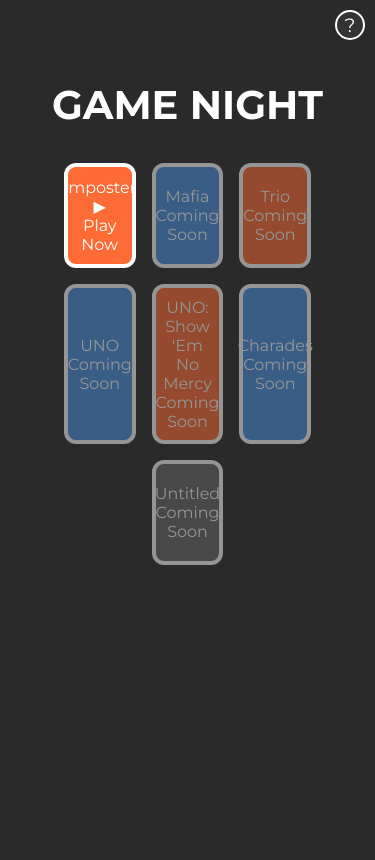
Repository: nfemmanuel/game-night-app
Page: /
These files come from the project's save history. The page is drawn as it stood at one moment and after the next save; the edit follows.
The browser window is 375 px wide. The pictures show the whole page.
The project was rebuilt for these pictures with package versions that can differ from the ones it lists, and the page was loaded fresh each time. Also part of the build but not shown: src/components/BackButton.jsx, src/pages/ImposterSetup.jsx, src/data/wordList.js, src/pages/ImposterReveal.jsx, src/pages/ImposterVoting.jsx.

Above is the page before, as saved 2026-01-03 11:06:22.

### public/index.html
<!DOCTYPE html>
<html lang="en">

<head>
  <meta charset="utf-8" />
  <link rel="icon" href="%PUBLIC_URL%/favicon.ico" />
  <link rel="preconnect" href="https://fonts.googleapis.com">
  <link rel="preconnect" href="https://fonts.gstatic.com" crossorigin>
  <link href="https://fonts.googleapis.com/css2?family=Montserrat:wght@400;600;700&display=swap" rel="stylesheet">
  <meta name="viewport" content="width=device-width, initial-scale=1, maximum-scale=1, user-scalable=no" />
  <meta name="theme-color" content="#000000" />
  <meta name="description" content="Web site created using create-react-app" />
  <link rel="apple-touch-icon" href="%PUBLIC_URL%/logo192.png" />
  <!--
      manifest.json provides metadata used when your web app is installed on a
      user's mobile device or desktop. See https://developers.google.com/web/fundamentals/web-app-manifest/
    -->
  <link rel="manifest" href="%PUBLIC_URL%/manifest.json" />
  <!--
      Notice the use of %PUBLIC_URL% in the tags above.
      It will be replaced with the URL of the `public` folder during the build.
      Only files inside the `public` folder can be referenced from the HTML.

      Unlike "/favicon.ico" or "favicon.ico", "%PUBLIC_URL%/favicon.ico" will
      work correctly both with client-side routing and a non-root public URL.
      Learn how to configure a non-root public URL by running `npm run build`.
    -->
  <title>NF's Game Night</title>
</head>

<body>
  <noscript>You need to enable JavaScript to run this app.</noscript>
  <div id="root"></div>
  <!--
      This HTML file is a template.
      If you open it directly in the browser, you will see an empty page.

      You can add webfonts, meta tags, or analytics to this file.
      The build step will place the bundled scripts into the <body> tag.

      To begin the development, run `npm start` or `yarn start`.
      To create a production bundle, use `npm run build` or `yarn build`.
    -->
</body>

</html>

### src/index.js
import React from 'react';
import ReactDOM from 'react-dom/client';
import './index.css';
import App from './App';
import reportWebVitals from './reportWebVitals';
import * as serviceWorkerRegistration from './serviceWorkerRegistration';

const root = ReactDOM.createRoot(document.getElementById('root'));
root.render(
  <React.StrictMode>
    <App />
  </React.StrictMode>
);

// If you want to start measuring performance in your app, pass a function
// to log results (for example: reportWebVitals(console.log))
// or send to an analytics endpoint. Learn more: https://bit.ly/CRA-vitals
reportWebVitals();

serviceWorkerRegistration.register();

### src/App.js
import { BrowserRouter, Routes, Route } from 'react-router-dom';
import './styles/global.css';
import LandingPage from './pages/LandingPage';
import ImposterSetup from './pages/ImposterSetup';
import ImposterReveal from './pages/ImposterReveal';
import ImposterVoting from './pages/ImposterVoting';

function App() {
  return (
    <BrowserRouter>
      <Routes>
        <Route path="/" element={<LandingPage />} />
        <Route path="/imposter-setup" element={<ImposterSetup />} />
        <Route path="/imposter-reveal" element={<ImposterReveal />} />
        <Route path="/imposter-voting" element={<ImposterVoting />} />
      </Routes>
    </BrowserRouter>
  );
}

export default App;

### src/serviceWorkerRegistration.js
export function register() {
    if ('serviceWorker' in navigator) {
        window.addEventListener('load', () => {
            navigator.serviceWorker.register('/service-worker.js').then(
                (registration) => {
                    console.log('SW registered: ', registration);
                },
                (error) => {
                    console.log('SW registration failed: ', error);
                }
            );
        });
    }
}

### src/styles/global.css
* {
    margin: 0;
    padding: 0;
    box-sizing: border-box;
}

body {
    font-family: 'Montserrat', 'Helvetica Neue', 'Arial', sans-serif;
    background-color: rgb(42, 42, 42);
    color: white;
    overflow: hidden;
}

button {
    cursor: pointer;
    border: none;
    border-radius: 5px;
    font-family: inherit;
    font-size: 1rem;
    padding: 10px 20px;
}

/* Prevent scrolling under fixed buttons */
body {
    padding-top: 70px;
}

/* Page title positioning */
.page-title {
    margin-top: 0;
    margin-bottom: 30px;
}

/* Mobile adjustments */
@media (max-width: 768px) {

    /* Page titles */
    .page-title {
        font-size: 2rem !important;
        margin-bottom: 20px;
    }

    /* General headings */
    h1 {
        font-size: 3rem !important;
    }

    h2 {
        font-size: 1.5rem !important;
    }

    h3 {
        font-size: 1.2rem !important;
    }

    p {
        font-size: 1rem !important;
    }

    /* Input fields */
    input[type="text"] {
        width: 100% !important;
        max-width: 300px !important;
        font-size: 1rem !important;
        padding: 12px !important;
        margin-right: 0 !important;
        margin-bottom: 10px !important;
    }

    /* Buttons */
    button {
        font-size: 1rem !important;
        padding: 12px 24px !important;
    }

    /* Smaller back/help buttons */
    .back-button {
        padding: 8px 12px !important;
        font-size: 1rem !important;
        top: 10px !important;
        left: 10px !important;
    }

    .help-button-container {
        top: 10px !important;
        right: 10px !important;
    }

    .help-button {
        width: 30px !important;
        height: 30px !important;
        font-size: 1.2rem !important;
    }

    /* Reveal card */
    .reveal-card {
        width: 280px !important;
        height: 400px !important;
    }

    .reveal-card h2 {
        font-size: 2rem !important;
    }

    /* Reduce padding on mobile */
    body {
        padding-top: 60px;
    }
}

@media (max-width: 480px) {
    .page-title {
        font-size: 1.5rem !important;
    }

    h1 {
        font-size: 2.5rem !important;
    }

    input[type="text"] {
        font-size: 0.9rem !important;
        padding: 10px !important;
    }

    button {
        font-size: 0.9rem !important;
        padding: 10px 20px !important;
    }

    .reveal-card {
        width: 240px !important;
        height: 340px !important;
    }

    .reveal-card h2 {
        font-size: 1.8rem !important;
    }
}

/* Landing page can scroll on mobile */
.landing-page {
    overflow-y: auto !important;
    height: 100vh;
}

### src/pages/LandingPage.jsx
import { useNavigate } from 'react-router-dom';
import GameCard from '../components/GameCard';
import HelpButton from '../components/HelpButton';

function LandingPage() {
    const navigate = useNavigate();

    const handleClick = (gameName, route) => {
        if (route) {
            navigate(route);
        }
    };

    return (
        <div className="landing-page" style={{ padding: '20px', textAlign: 'center' }}>
            <HelpButton />
            <h1>GAME NIGHT</h1>

            <div style={{
                display: 'flex',
                gap: '8px',
                justifyContent: 'center',
                marginTop: '30px',
                flexWrap: 'wrap',
                padding: '0 8px',
                width: '100%',
                boxSizing: 'border-box',
                overflowX: 'auto',
            }}>
                <GameCard
                    name="Imposter"
                    available={true}
                    color="orange"
                    onClick={() => handleClick("Imposter", "/imposter-setup")}
                />
                <GameCard
                    name="Mafia"
                    available={false}
                    color="blue"
                    onClick={() => handleClick("Mafia", "/mafia-setup")}
                />
                <GameCard
                    name="Trio"
                    available={false}
                    color="orange"
                    onClick={() => handleClick("Trio", "/trio-setup")}
                />
                <GameCard
                    name="UNO"
                    available={false}
                    color="blue"
                    onClick={() => handleClick("UNO", "/uno-setup")}
                />
                <GameCard
                    name="UNO: Show 'Em No Mercy"
                    available={false}
                    color="orange"
                    onClick={() => handleClick("UNO-NM", "/uno-nm-setup")}
                />
                <GameCard
                    name="Charades"
                    available={false}
                    color="blue"
                    onClick={() => handleClick("Charades", "/charades-setup")}
                />
                <GameCard
                    name="Untitled"
                    available={false}
                    onClick={() => { }}
                />
            </div>
        </div>
    );
}

export default LandingPage;

### src/components/GameCard.jsx
import styles from './GameCard.module.css';

function GameCard({ name, available, onClick, color }) {
    const cardClasses = `${styles.card} ${available ? styles.available : styles.disabled} ${color ? styles[color] : ''}`;

    return (
        <div
            className={cardClasses}
            onClick={available ? onClick : null}
        >
            <div className="card-name">{name}</div>
            <div className="card-status">{available ? '▶ Play Now' : 'Coming Soon'}</div>
        </div>
    );
}

export default GameCard;

### src/components/HelpButton.jsx
import { useState } from 'react';

function HelpButton() {
    const [showHelp, setShowHelp] = useState(false);

    return (
        <div
            className="help-button-container"
            style={{
                position: 'fixed',
                top: '20px',
                right: '20px',
                zIndex: 1000
            }}
            onMouseEnter={() => setShowHelp(true)}
            onMouseLeave={() => setShowHelp(false)}
        >
            <div
                className="help-button"
                style={{
                    width: '40px',
                    height: '40px',
                    borderRadius: '50%',
                    border: '2px solid white',
                    color: 'white',
                    fontSize: '1.5rem',
                    display: 'flex',
                    alignItems: 'center',
                    justifyContent: 'center',
                    cursor: 'pointer',
                    backgroundColor: '#333'
                }}
            >
                ?
            </div>

            {showHelp && (
                <div
                    style={{
                        position: 'absolute',
                        top: '50px',
                        right: '0',
                        backgroundColor: '#222',
                        border: '2px solid white',
                        borderRadius: '10px',
                        padding: '20px',
                        width: '300px',
                        maxWidth: '90vw',
                        textAlign: 'left',
                        fontSize: '0.9rem',
                        lineHeight: '1.5'
                    }}
                >
                    <h3 style={{ marginTop: 0, marginBottom: '10px', fontSize: '1.1rem' }}>
                        How to Play Imposter
                    </h3>
                    <ol style={{ paddingLeft: '20px', margin: 0 }}>
                        <li>Add 3+ player names</li>
                        <li>One random player is secretly the imposter</li>
                        <li>Everyone else sees the same secret word</li>
                        <li>Pass the phone around - each player holds the card to see their word</li>
                        <li>The imposter sees "You're the imposter. Shh!"</li>
                        <li>After everyone has seen their card, discuss and guess who the imposter is</li>
                        <li>Vote for the imposter or skip to reveal</li>
                    </ol>
                </div>
            )}
        </div>
    );
}

export default HelpButton;

### src/components/GameCard.module.css
.card {
    width: 225px;
    aspect-ratio: 225 / 330;
    padding: 30px;
    margin: 10px;
    border-radius: 20px;
    border: 10px solid white;
    text-align: center;
    transition: all 0.3s ease;
    display: flex;
    flex-direction: column;
    justify-content: center;
    align-items: center;
}

.card-name {
    font-size: 1.8rem;
    margin: 0;
}

.card-available {
    font-size: 1.1rem;
    margin: 10px 0 0 0;
}

.available {
    color: white;
    cursor: pointer;
}

.available:hover {
    transform: scale(1.05);
}

.disabled {
    background-color: #666;
    color: white;
    cursor: not-allowed;
    opacity: 0.5;
}

.orange {
    background-color: #FF6B35;
}

.orange:hover {
    box-shadow: 0 0 20px rgba(255, 107, 53, 0.6);
}

.blue {
    background-color: #4A90E2;
}

.blue:hover {
    box-shadow: 0 0 20px rgba(74, 144, 226, 0.6);
}

/* Mobile: 3 cards per row with locked aspect ratio */
@media (max-width: 768px) {
    .card {
        width: calc(33.333% - 10px);
        aspect-ratio: 225 / 330;
        padding: 3vw;
        margin: 5px;
        border-width: 5px;
        border-radius: 12px;
    }

    .card-name {
        font-size: 0.75rem;
        /* Fixed small size */
        margin-bottom: 5px;
        line-height: 1.2;
    }

    .card-available {
        font-size: 0.6rem;
        /* Fixed small size */
        margin-top: 5px;
    }
}

@media (max-width: 480px) {
    .card {
        width: calc(25% - 8px);
        aspect-ratio: 225 / 330;
        padding: 2.5vw;
        margin: 4px;
        border-width: 4px;
    }

    .card-name {
        font-size: 0.5rem;
        /* Even smaller */
        margin-bottom: 3px;
        line-height: 1.1;
    }

    .card-available {
        font-size: 0.55rem !important;
        /* Even smaller */
        margin-top: 3px;
    }
}

Loaded but not shown: src/index.css (common file); src/reportWebVitals.js (common file)

After the next save:
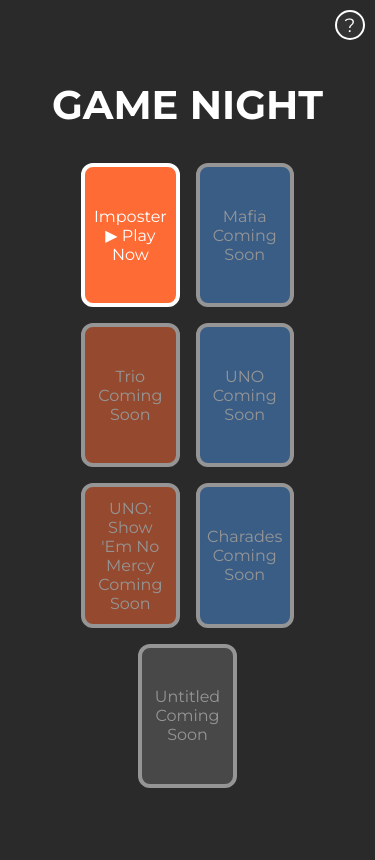
Saved 5 s later.
--- a/src/components/GameCard.module.css
+++ b/src/components/GameCard.module.css
@@ -13,12 +13,13 @@
     align-items: center;
 }
 
-.card-name {
+.card .card-name {
     font-size: 1.8rem;
+    font-weight: bold;
     margin: 0;
 }
 
-.card-available {
+.card .card-status {
     font-size: 1.1rem;
     margin: 10px 0 0 0;
 }
@@ -66,39 +67,29 @@
         border-radius: 12px;
     }
 
-    .card-name {
+    .card .card-name {
         font-size: 0.75rem;
-        /* Fixed small size */
-        margin-bottom: 5px;
-        line-height: 1.2;
     }
 
-    .card-available {
+    .card .card-status {
         font-size: 0.6rem;
-        /* Fixed small size */
-        margin-top: 5px;
     }
 }
 
 @media (max-width: 480px) {
     .card {
-        width: calc(25% - 8px);
+        width: calc(33.333% - 8px);
         aspect-ratio: 225 / 330;
         padding: 2.5vw;
         margin: 4px;
         border-width: 4px;
     }
 
-    .card-name {
-        font-size: 0.5rem;
-        /* Even smaller */
-        margin-bottom: 3px;
-        line-height: 1.1;
+    .card .card-name {
+        font-size: 0.65rem;
     }
 
-    .card-available {
-        font-size: 0.55rem !important;
-        /* Even smaller */
-        margin-top: 3px;
+    .card .card-status {
+        font-size: 0.55rem;
     }
 }

After the save that followed:
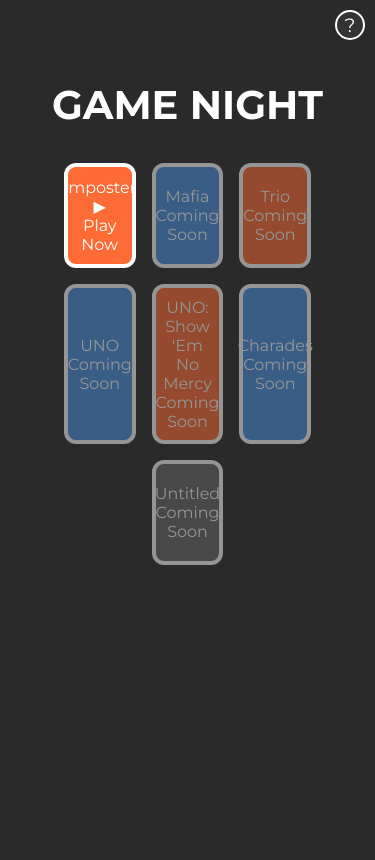
Saved 17 s later.
--- a/src/components/GameCard.module.css
+++ b/src/components/GameCard.module.css
@@ -78,7 +78,7 @@
 
 @media (max-width: 480px) {
     .card {
-        width: calc(33.333% - 8px);
+        width: calc(25% - 8px);
         aspect-ratio: 225 / 330;
         padding: 2.5vw;
         margin: 4px;
